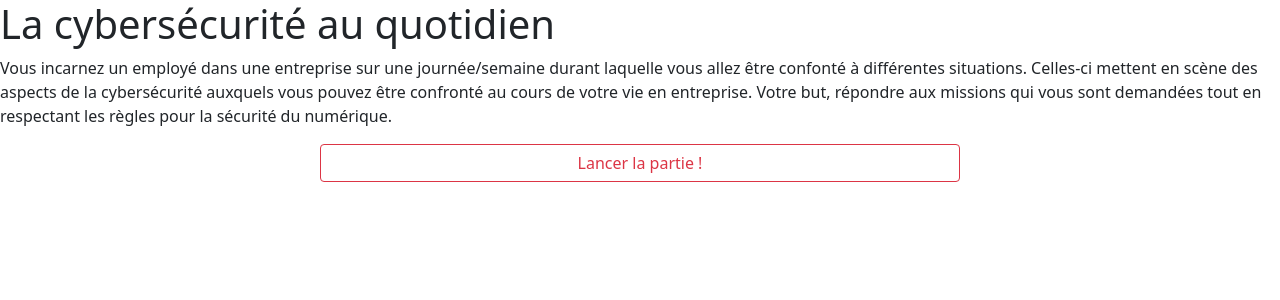
Repository: Geleetz/Workshop-I1-EPSI
Page: http://localhost/
The author's editor kept a copy of each file at every save. The page is drawn from the files as they stood at one save, then again after the next save.
The browser window is 1280 px wide. The pictures show the whole page.
The page is run by PHP 8.4 with error messages shown; the project is at /var/www/html/.

Above is the page before, as saved 2021-09-28 10:49:58.

After the next save:
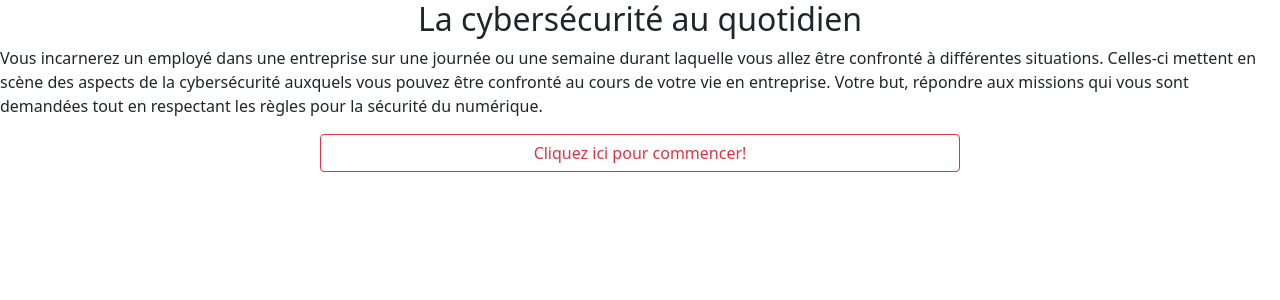
Saved 72 s later.
--- a/index.php
+++ b/index.php
@@ -12,13 +12,13 @@
 </head>
 
 <body>
-  <h1>La cybersécurité au quotidien</h1>
-  <p>Vous incarnez un employé dans une entreprise sur une journée/semaine durant laquelle vous allez être confonté à
+<h2 class="text-center">La cybersécurité au quotidien</h2>
+  <p class="text-justify">Vous incarnerez un employé dans une entreprise sur une journée ou une semaine durant laquelle vous allez être confronté à
     différentes situations. Celles-ci mettent en scène des aspects de la cybersécurité auxquels vous pouvez être confronté au
     cours de votre vie en entreprise. Votre but, répondre aux missions qui vous sont demandées tout en respectant les règles pour
     la sécurité du numérique.</p>
   <div class="d-grid gap-2 col-6 mx-auto">
-    <button type="button" class="btn btn-outline-danger">Lancer la partie !</button>
+    <button type="button" class="btn btn-outline-danger">Cliquez ici pour commencer!</button>
   </div>
 </body>
 <!-- Ajout des librairies JS -->
